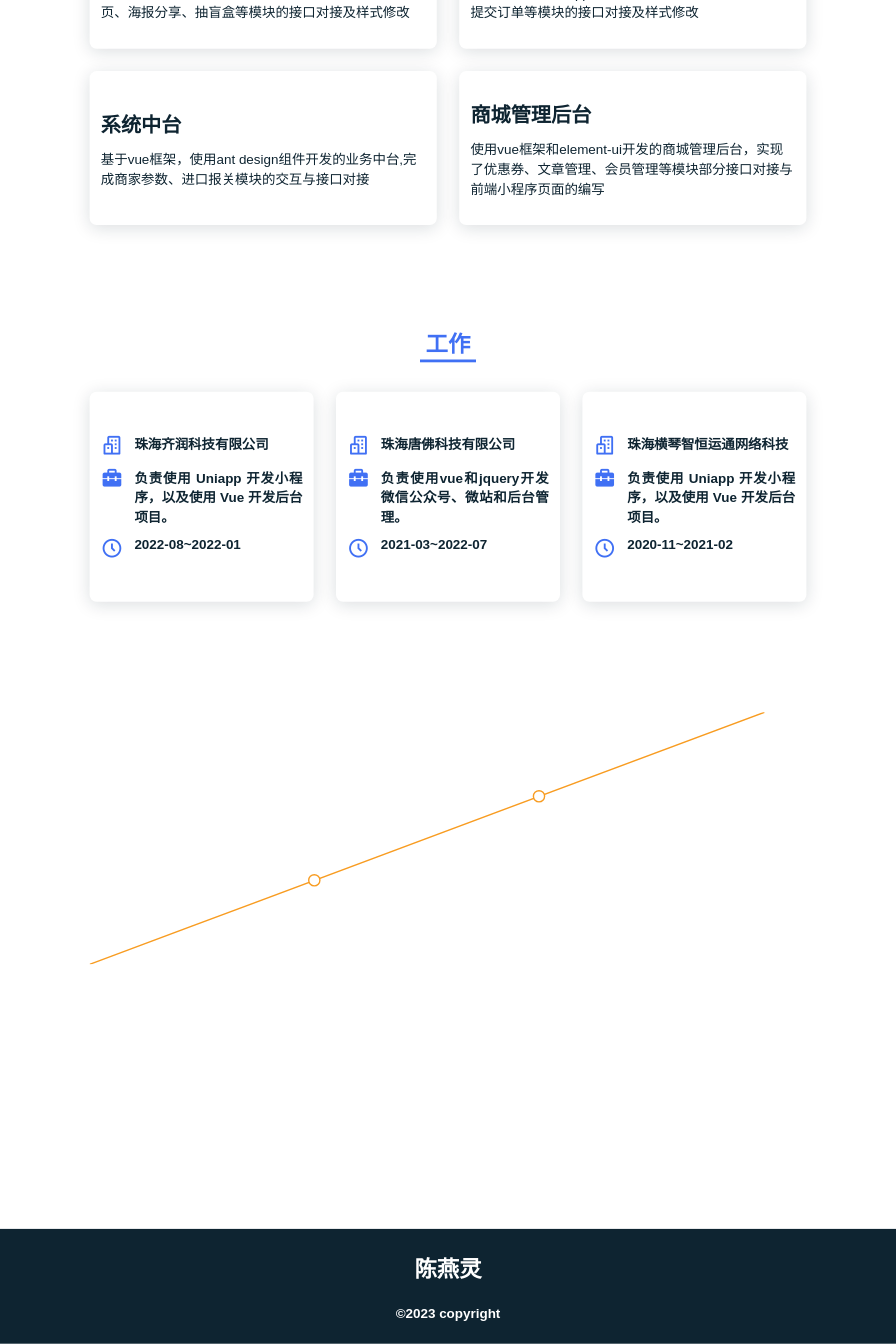
Repository: alinlinbo/yanling-resume-site
Page: index.html
The author's editor kept a copy of each file at every save. The page is drawn from the files as they stood at one save, then again after the next save.
The browser window is 1280 px wide. The pictures show the part of the page from y = 2671 to 4591 px (the page is 4591 px tall), at 70% of full size.

Above is the page before, as saved 2023-09-22 18:31:46.

### index.html
<!DOCTYPE html>
<html lang="en">

<head>
    <meta charset="UTF-8">
    <meta name="viewport" content="width=device-width, initial-scale=1.0">

    <link rel="stylesheet" href="assets/css/style.css">
    <link href='https://unpkg.com/boxicons@2.1.4/css/boxicons.min.css' rel='stylesheet'>
    <link rel="stylesheet" href="https://cdnjs.cloudflare.com/ajax/libs/font-awesome/5.15.4/css/all.min.css" />
    <title>陈燕灵简历</title>

</head>

<body>
    <!-- header -->

    <header class="l-header">
        <nav class="nav bd-grid">
            <div>
                <a href="#" class="nav__logo">陈燕灵</a>
            </div>

            <div class="nav__menu" id="nav-menu">
                <ul class="nav__list">
                    <li class="nav__item">
                        <a href="#home" class="nav__link active">介绍</a>
                    </li>
                    <li class="nav__item">
                        <a href="#skills" class="nav__link">技术</a>
                    </li>
                    <li class="nav__item">
                        <a href="#about" class="nav__link">关于</a>
                    </li>
                    <li class="nav__item">
                        <a href="#project" class="nav__link">项目</a>
                    </li>
                    <li class="nav__item">
                        <a href="#work" class="nav__link">工作</a>
                    </li>

                    <!-- <li class="nav__item">
                        <a href="#contact" class="nav__link">Contact</a>
                    </li> -->
                </ul>
            </div>
            <div class="nav__toggle" id="nav-toggle">
                <svg class="icon svg-icon" aria-hidden="true">
                    <use xlink:href="#icon-list"></use>
                </svg>
            </div>
        </nav>
    </header>

    <main class="l-main">
        <!-- hrme -->
        <section class="home section bd-grid" id="home">
            <div class="home__data">
                <h1 class="home__title">
                    Hi,<br>我是<span class="home__title-color">陈燕灵</span><br> 前端开发
                </h1>
                <h1 class="phone">电话：15919213326</h1>
                <a href="#" style="position: relative; z-index: 10;" class="button" id="contact">联系我</a>
            </div>
            <div class="home__social">
                <a href="#" class="home__social-icon" id="wechat">
                    <svg class="svg-icon-home icon" aria-hidden="true">
                        <use xlink:href="#icon-weixin"></use>
                    </svg>
                </a>
                <div class="home__social-icon">
                    <a href="#" onclick="openNewWindow('https://github.com/alinlinbo')" id="myGit">
                        <svg class="svg-icon-home icon" aria-hidden="true">
                            <use xlink:href="#icon-github-fill"></use>
                        </svg>

                    </a>
                    <div class=" home__git">
                        <a href="#" onclick="openNewWindow('https://github.com/alinlinbo')">https://github.com/alinlinbo</a>
                    </div>
                </div>
                <div class="home__social-icon">
                    <a href="#" id="myPhone">
                        <svg class="svg-icon-home svg-icon icon" aria-hidden="true">
                            <use xlink:href="#icon-phone"></use>
                        </svg>
                    </a>
                    <div class=" home__phone">
                        <div>15919213326</div>
                    </div>
                </div>



                <div class=" home__code">
                    <img src="assets/img/wechat_code.png" alt="">
                </div>


            </div>

            <div class="home__img">
                <img class="home__img" src="assets/img/head1.jpg" alt="">
            </div>
        </section>

        <section class="skills section" id="skills">
            <h2 class="section-title">技术</h2>

            <div class="project__container bd-grid">
                <div class="skills__data">
                    <div class="skills__item">
                        <div class="skill__introduce">
                            <div class="skills__intr__r">
                                <i class='bx bxl-html5 skills__icon'></i><span>HTML5</span>
                            </div>

                            <div class="skills__bar">90%</div>
                        </div>

                        <div class="skills__line skills__line90"></div>
                    </div>
                </div>
                <div class="skills__data">
                    <div class="skills__item">
                        <div class="skill__introduce">
                            <div class="skills__intr__r">
                                <i class='bx bxl-css3 skills__icon'></i><span>CSS3</span>
                            </div>

                            <div class="skills__bar">80%</div>
                        </div>

                        <div class="skills__line80 skills__line"></div>
                    </div>
                </div>
                <div class="skills__data">
                    <div class="skills__item">
                        <div class="skill__introduce">
                            <div class="skills__intr__r">
                                <i class='bx bxl-javascript skills__icon'></i><span>JavaScript</span>
                            </div>

                            <div class="skills__bar">85%</div>
                        </div>

                        <div class="skills__line85 skills__line"></div>
                    </div>
                </div>
                <div class="skills__data">
                    <div class="skills__item">
                        <div class="skill__introduce">
                            <div class="skills__intr__r">
                                <i class='bx bxl-vuejs skills__icon color-vue'></i><span>Vue</span>
                            </div>

                            <div class="skills__bar">70%</div>
                        </div>

                        <div class="skills__line70 skills__line"></div>
                    </div>
                </div>
                <div class="skills__data">
                    <div class="skills__item">
                        <div class="skill__introduce">
                            <div class="skills__intr__r">
                                <i class='bx bx-link skills__icon color-vue'></i><span>小程序、Uniapp</span>
                            </div>

                            <div class="skills__bar">75%</div>
                        </div>

                        <div class=" skills__line skills__line75"></div>
                    </div>
                </div>
                <div class="skills__data">
                    <div class="skills__item">
                        <div class="skill__introduce">
                            <div class="skills__intr__r">
                                <i class='bx bx-landscape skills__icon color-vue'></i><span>Nuxt.js</span>
                            </div>

                            <div class="skills__bar">65%</div>
                        </div>

                        <div class=" skills__line skills__line65"></div>
                    </div>
                </div>
            </div>
        </section>
        <section class="about section" id="about">
            <h2 class="section-title">关于</h2>
            <div class="about__container bd-grid">
                <div class="about__img">
                    <img src="assets/img/about.jpg" alt="">
                </div>
                <div class="about__sub">
                    <h2 class="about__subtitle">I'am 陈燕灵</h2>
                    <p class="about__text">
                        多年 <span>JavaScript(TypeScript )</span>开发经验，熟练掌握<span> ES6+/CSS 3</span>新特性，熟练使用 Vue 、小程序、UniApp 等前端开发框架
                        具有一定的后端开发(<span>Node.js</span>)经验，掌握 <span>MySql</span> 等数据库查询
                        熟悉 <span>Nuxt.js</span>等 meta framework 的使用，能独立搭建<span>全栈 web</span> 应用</p>
                </div>
        </section>

        <section class="project section" id="project">
            <h2 class="section-title">项目</h2>
            <div class="project__container bd-grid">
                <div class="project__data">
                    <div class="project__item">
                        <h2 class="project__subtitle">个人线上简历</h2>
                        <span class="project__text">使用CSS和JavaScript开发的个人线上简历，利用媒体查询和Rem特性同时适配了PC端和移动端，且实现了一些动画</span>
                    </div>
                </div>
                <div class="project__data">
                    <div class="project__item">
                        <h2 class="project__subtitle">润通联合云管家</h2>
                        <span
                            class="project__text">基于uniapp框架开发的微信小程序的缴费小程序。实现了缴费、房屋管理、报修管理等模块的页面、接口对接以及交互。以及axios封装和导航栏等公用组件的封装。</span>
                    </div>
                </div>
                <div class="project__data">
                    <div class="project__item">
                        <h2 class="project__subtitle">寺院后台管理系统</h2>
                        <span
                            class="project__text">使用jq，bootstrap和vue开发的寺院后台管理系统，实现了文章管理，用户管理,项目管理等模块前端页面的编写与接口的对接，在项目中对ajax请求进行封装，为接口调用添加了拦截器和loading动画，有效减少代码量并提高开发效率</span>
                    </div>
                </div>
                <div class="project__data">
                    <div class="project__item">
                        <h2 class="project__subtitle">寺院公众号项目</h2>
                        <span
                            class="project__text">使用jq开发的微信公众号微站，实现了首页，详情页，我的页面等的接口对接及样式修改，针对业务场景封装底部及顶部导航栏、头部返回等公用组件，提高代码复用</span>
                    </div>
                </div>
                <div class="project__data">
                    <div class="project__item">
                        <h2 class="project__subtitle">1983抽盒机</h2>
                        <span
                            class="project__text">基于原生微信小程序、支付宝小程序商城，项目使用小程序自带的组件，完成了优惠券红包领取、活动页主页、海报分享、抽盲盒等模块的接口对接及样式修改</span>
                    </div>
                </div>
                <div class="project__data">
                    <div class="project__item">
                        <h2 class="project__subtitle">新八佰伴等商城小程序</h2>
                        <span
                            class="project__text">基于uni-app框架开发的微信小程序商城，项目使用uview组件和uni-app自带的组件，完成了购物、详情、提交订单等模块的接口对接及样式修改</span>
                    </div>
                </div>
                <div class="project__data">
                    <div class="project__item">
                        <h2 class="project__subtitle">系统中台</h2>
                        <span class="project__text">基于vue框架，使用ant design组件开发的业务中台,完成商家参数、进口报关模块的交互与接口对接</span>
                    </div>
                </div>
                <div class="project__data">
                    <div class="project__item">
                        <h2 class="project__subtitle">商城管理后台</h2>
                        <span
                            class="project__text">使用vue框架和element-ui开发的商城管理后台，实现了优惠券、文章管理、会员管理等模块部分接口对接与前端小程序页面的编写</span>
                    </div>
                </div>
        </section>

        <section class="work section" id="work">
            <h2 class="section-title">工作</h2>
            <div class="work__container bd-grid">

                <div class="work__data">
                    <div class="work__name">
                        <i class='bx bx-buildings work__icon'></i>
                        <span class="work__name">珠海齐润科技有限公司</span>
                    </div>
                    <div class="work__name">
                        <i class='bx bxs-briefcase-alt-2 work__icon'></i>
                        <span class="work__name">负责使用 Uniapp 开发小程序，以及使用 Vue 开发后台项目。</span>
                    </div>
                    <div class="work__name">
                        <i class='bx bx-time-five work__icon'></i>
                        <span class="work__name">2022-08~2022-01</span>
                    </div>
                </div>
                <div class="work__data">
                    <div class="work__name">
                        <i class='bx bx-buildings work__icon'></i>
                        <span class="work__name">珠海唐佛科技有限公司</span>
                    </div>
                    <div class="work__name">
                        <i class='bx bxs-briefcase-alt-2 work__icon'></i>
                        <span class="work__name">负责使用vue和jquery开发微信公众号、微站和后台管理。</span>
                    </div>
                    <div class="work__name">
                        <i class='bx bx-time-five work__icon'></i>
                        <span class="work__name">2021-03~2022-07</span>
                    </div>
                </div>
                <div class="work__data">
                    <div class="work__name">
                        <i class='bx bx-buildings work__icon'></i>
                        <span class="work__name">珠海横琴智恒运通网络科技</span>
                    </div>
                    <div class="work__name">
                        <i class='bx bxs-briefcase-alt-2 work__icon'></i>
                        <span class="work__name">负责使用 Uniapp 开发小程序，以及使用 Vue 开发后台项目。</span>
                    </div>
                    <div class="work__name">
                        <i class='bx bx-time-five work__icon'></i>
                        <span class="work__name">2020-11~2021-02</span>
                    </div>
                </div>

            </div>
        </section>
        <!-- <section class="contact section" id="contact">
            <h2 class="section-title">Contact</h2>
            <div class="contact__container bd-grid">
                <form action="" class="contact__form">
                    <input type="text" placeholder="Name" class="contact__input">
                    <input type="email" placeholder="Email" class="contact__input">
                    <label for="contact-message"></label>
                    <textarea id="contact-message" name="message" cols="30" rows="10" class="contact__input"></textarea>

                    <input type="button" value="Enviar" class="contact__button button">
                </form>
            </div>
        </section> -->
        <section class="work section">
            <div class="svg__content">
                <svg >
                    <!-- 三段直线 -->
                    <path class="line" id="line" d="" stroke="#F89C21" stroke-width="2" fill="none" />
                    <!-- 两个间隔小圆点 -->
                    <circle class="d-none" id="c1" cx="200" cy="50" r="8" stroke="#F89C21" stroke-width="2" fill="white" />
                    <circle class="d-none" id="c2" cx="100" cy="50" r="8" stroke="#F89C21" stroke-width="2" fill="white" />
                </svg>
            </div>

        </section>

    </main>

    <footer class="footer">
        <p class="footer__title">陈燕灵</p>
        <div style="display: none;" class="footer__social">
            <a href="#" class="footer__icon"><i class='bx bxl-facebook'></i></a>
            <a href="#" class="footer__icon"><i class='bx bxl-instagram'></i></a>
            <a href="#" class="footer__icon"><i class='bx bxl-twitter'></i></a>
        </div>
        <p>&#169;2023 copyright</p>
    </footer>
    <!-- <script src="https://unpkg.com/scrollreveal"></script> -->
    <script src="assets/js/main.js"></script>
    <script src="assets/js/iconfont.js"></script>
</body>

</html>

### assets/js/main.js
function openNewWindow(url) {
  window.open(url, '_blank');
}
//判断是否是移动设备
function isMobileDevice() {
  return /Android|webOS|iPhone|iPad|iPod|BlackBerry|IEMobile|Opera Mini/i.test(navigator.userAgent);
}

// 点击联系
const contactLink = document.querySelector('#contact')
const phoneElement = document.querySelector('.phone')

contactLink.addEventListener('click', (event) => {
  event.preventDefault()
  phoneElement.style.opacity = '.8'
})

const showMenu = (toggleId, navId) => {
  const toggle = document.getElementById(toggleId),
    nav = document.getElementById(navId)

  if (toggle && nav) {
    toggle.addEventListener('click', () => {
      nav.classList.toggle('show')
    })
  }
}

showMenu('nav-toggle', 'nav-menu')

// 点击微信图标显示微信二维码
const wechat = document.getElementById('wechat')
const homeCode = document.querySelector('.home__code')
wechat.addEventListener('mouseenter', () => {
  homeCode.style.animation = 'fadeIn 0.5s ease-in-out forwards'
  homeCode.style.display = 'block'
})

wechat.addEventListener('mouseleave', () => {
  homeCode.style.animation = 'fadeOut 1s ease-in-out forwards'
  homeCode.style.display = 'none'
})

//hover github
const github = document.getElementById('myGit')
const homeGit = document.querySelector('.home__git')
myGit.addEventListener('mouseenter', () => {
  homeGit.style.animation = 'fadeIn 0.5s ease-in-out forwards'
  homeGit.style.display = 'block'
})

myGit.addEventListener('mouseleave', () => {
  homeGit.style.animation = 'fadeOut 1s ease-in-out forwards'
  homeGit.style.display = 'none'
})

//hover phone
const myPhone = document.getElementById('myPhone')
const homePhone = document.querySelector('.home__phone')
myPhone.addEventListener('mouseenter', () => {
  homePhone.style.animation = 'fadeIn 0.5s ease-in-out forwards'
  homePhone.style.display = 'block'
  if (isMobileDevice()) {
    window.location.href = 'tel:' + '15919213326';
  } else {
    console.log('pc')
  }
})

myPhone.addEventListener('mouseleave', () => {
  homePhone.style.animation = 'fadeOut 1s ease-in-out forwards'
  homePhone.style.display = 'none'

})


// active and remove menu
const navLink = document.querySelectorAll('.nav__link')
function linkAction() {
  // active link
  navLink.forEach(n => n.classList.remove('active'))
  this.classList.add('active')

  // // remove menu mobile
  const navMenu = document.getElementById('nav-menu')
  navMenu.classList.remove('show')
}

navLink.forEach(n => n.addEventListener('click', linkAction))

// JavaScript
function isElementInViewport(el) {
  if (!el) {
    return false;
  }

  var rect = el.getBoundingClientRect();
  return (
    rect.top >= 0 &&
    // rect.left >= 0 &&
    rect.bottom <= (window.innerHeight || document.documentElement.clientHeight) + 200
    // &&rect.right <= (window.innerWidth || document.documentElement.clientWidth)
  );
}

function isElements(element, index) {

  if (isElementInViewport(element)) {
    // setTimeout(() => {
    //   element.classList.add('animate');
    // }, index * 200)
    element.classList.add('animate');

  } else {
    element.classList.remove('animate');
  }
}

function handleLoad(el) {
  var element = document.querySelector(el);
  if (isElementInViewport(element)) {
    element.classList.add('animate');
  } else {
    if (element) {
      element.classList.remove('animate');
    }

  }

  if (el === '.project__data' || el === '.work__data') {
    var elements = document.querySelectorAll(el);
    elements.forEach((element, index) => {
      isElements(element, index)
    })
  }

}

window.addEventListener('scroll', function () {
  handleLoad('.home__title')
  handleLoad('.about__img')
  handleLoad('.about__sub')
  handleLoad('.button')
  handleLoad('.home__social')
  handleLoad('.project__data')
  handleLoad('.work__data')
  handleLoad('.skills__line90')
  handleLoad('.skills__line85')
  handleLoad('.skills__line80')
  handleLoad('.skills__line70')
  handleLoad('.skills__line75')
  handleLoad('.skills__line65')
});

window.addEventListener('load', function () {
  handleLoad('.home__title')
  handleLoad('.about__img')
  handleLoad('.about__sub')
  handleLoad('.button')
  handleLoad('.home__social')
  handleLoad('.project__data')
  handleLoad('.work__data')
  handleLoad('.skills__line90')
  handleLoad('.skills__line85')
  handleLoad('.skills__line80')
  handleLoad('.skills__line70')
  handleLoad('.skills__line75')
  handleLoad('.skills__line65')
});



const navtt = document.getElementById('nav-menu');
// const navLink = document.querySelectorAll('.nav__link');

window.addEventListener('scroll', () => {
  const scrollPosition = window.scrollY;
  const windowHeight = window.innerHeight;

  navLink.forEach(link => {
    const section = document.querySelector(link.hash);

    // if (section.offsetTop <= scrollPosition + windowHeight / 2 && section.offsetTop + section.offsetHeight > scrollPosition + windowHeight / 2) {

    //   navLink.forEach((link,index) => {
    //     link.classList.remove('active');
    //   })
    //   link.classList.add('active');

    // }

    if (section && section.offsetTop <= scrollPosition + windowHeight / 2 && section.offsetTop + section.offsetHeight > scrollPosition + windowHeight / 2) {
      navLink.forEach((link, index) => {
        link.classList.remove('active');
      })
      link.classList.add('active');
    }

  });
});

// 工作特效
const workContainer = document.querySelector('.work__container')
console.log(workContainer.offsetWidth)
const line = document.getElementById('line'),
  c1 = document.getElementById('c1'),
  c2 = document.getElementById('c2')

//获取vw
const vw = workContainer.offsetWidth - 60;
const vh = window.innerHeight;
console.log(vw)
let d1W = Math.floor(vw / 3),
  d2W = Math.floor(vw * 2 / 3),
  d3W = Math.floor(vw)
let d1H = Math.floor(vh * 0.5 * 2 / 3),
  d2H = Math.floor(vh * 0.5 / 3)
console.log(d1H, d2H)
line.setAttribute('d', `M 0 ${vh * 0.5} L ${d3W} 0`)
// c1的坐标
c1.setAttribute('cx', d1W)
c1.setAttribute('cy', d1H)
// c2的坐标
c2.setAttribute('cx', d2W)
c2.setAttribute('cy', d2H)
setTimeout(() => {
  c1.classList.remove('d-none')
}, 900)
setTimeout(() => {
  c2.classList.remove('d-none')
}, 1800)

Loaded but not shown: assets/js/iconfont.js (library); assets/css/style.css (881 lines, source omitted)

After the next save:
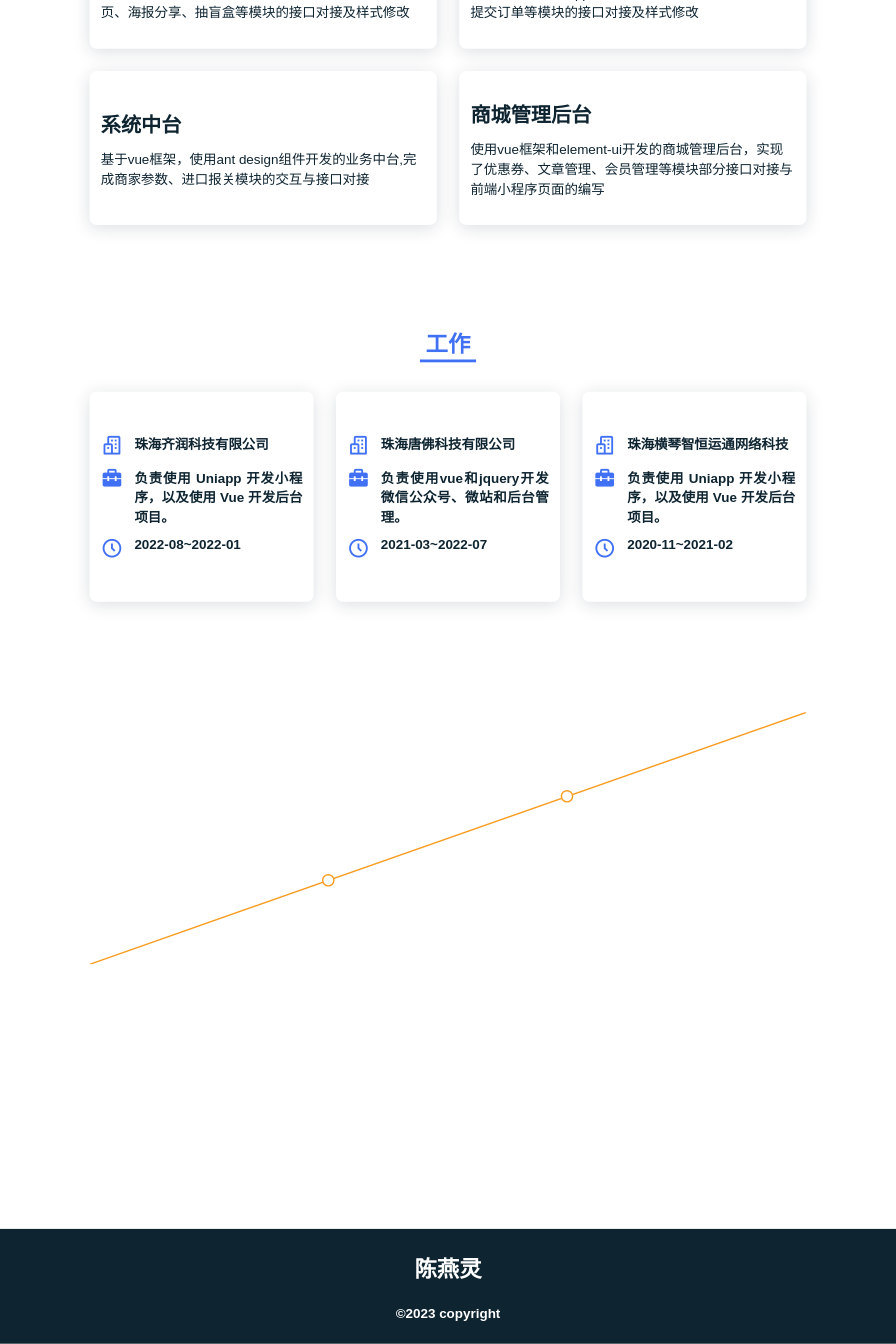
Saved 18 s later.
--- a/assets/js/main.js
+++ b/assets/js/main.js
@@ -207,7 +207,7 @@ const line = document.getElementById('line'),
   c2 = document.getElementById('c2')
 
 //获取vw
-const vw = workContainer.offsetWidth - 60;
+const vw = workContainer.offsetWidth;
 const vh = window.innerHeight;
 console.log(vw)
 let d1W = Math.floor(vw / 3),
